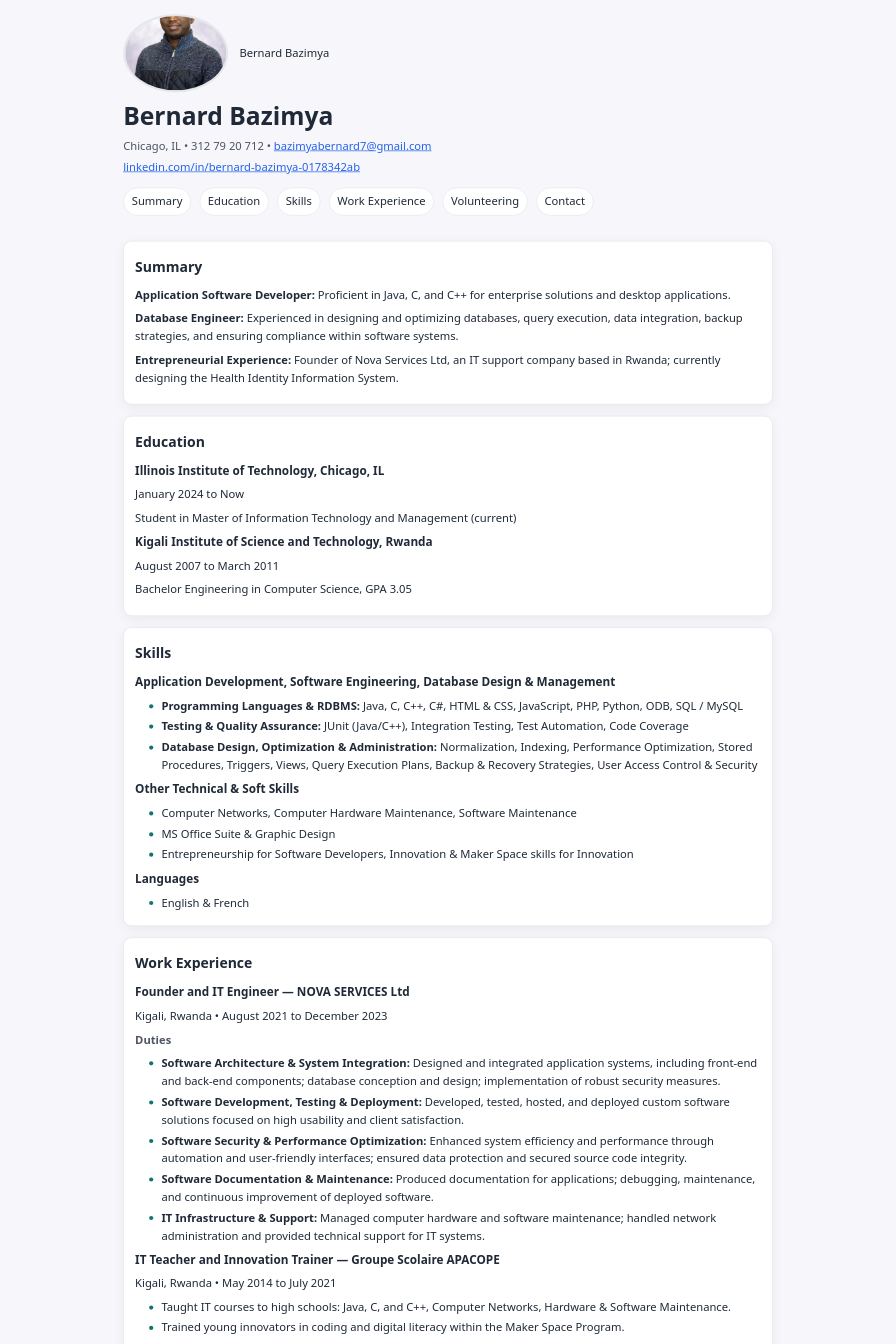
Repository: bbazimya/bernardbazimya-resume
Page: index.html
An editor plug-in stored every save of this project. The page is shown before and after the next save, followed by the edit.
The browser window is 1280 px wide. The pictures show the part of the page from y = 0 to 1920 px (the page is 2649 px tall before and 2737 px after), at 70% of full size.

Above is the page before, as saved 2025-09-11 01:45:44.

### index.html
<!DOCTYPE html>
<html lang="en">
<head>
  <meta charset="utf-8" />
  <meta name="viewport" content="width=device-width, initial-scale=1" />
  <title>Bernard Bazimya — Resume</title>
  <link rel="stylesheet" href="styles.css">
</head>
<body>
  <a href="#main">Go to main content</a>

  <header id="top">
    <figure>
      <img src="BERNARD_BAZIMYA.PNG" alt="My Profile picture" />
      <figcaption>Bernard Bazimya</figcaption>
    </figure>

    <h1>Bernard Bazimya</h1>
    <p>Chicago, IL • 312 79 20 712 • <a href="mailto:bazimyabernard7@gmail.com">bazimyabernard7@gmail.com</a></p>
    <p><a href="https://www.linkedin.com/in/bernard-bazimya-0178342ab/">linkedin.com/in/bernard-bazimya-0178342ab</a></p>

    <nav aria-label="Resume sections">
      <ul>
        <li><a href="#summary">Summary</a></li>
        <li><a href="#education">Education</a></li>
        <li><a href="#skills">Skills</a></li>
        <li><a href="#experience">Work Experience</a></li>
        <li><a href="#volunteering">Volunteering</a></li>
        <li><a href="#contact">Contact</a></li>
      </ul>
    </nav>
  </header>

  <main id="main">
    <section id="summary">
      <h2>Summary</h2>
      <p><strong>Application Software Developer:</strong> Proficient in Java, C, and C++ for enterprise solutions and desktop applications.</p>
      <p><strong>Database Engineer:</strong> Experienced in designing and optimizing databases, query execution, data integration, backup strategies, and ensuring compliance within software systems.</p>
      <p><strong>Entrepreneurial Experience:</strong> Founder of Nova Services Ltd, an IT support company based in Rwanda; currently designing the Health Identity Information System.</p>
    </section>

    <section id="education">
      <h2>Education</h2>

      <article>
        <h3>Illinois Institute of Technology, Chicago, IL</h3>
        <p>January 2024 to Now</p>
        <p>Student in Master of Information Technology and Management (current)</p>
      </article>

      <article>
        <h3>Kigali Institute of Science and Technology, Rwanda</h3>
        <p>August 2007  to March 2011</p>
        <p>Bachelor Engineering in Computer Science, GPA 3.05</p>
      </article>
    </section>

    <section id="skills">
      <h2>Skills</h2>

      <h3>Application Development, Software Engineering, Database Design &amp; Management</h3>
      <ul>
        <li><strong>Programming Languages &amp; RDBMS:</strong> Java, C, C++, C#, HTML &amp; CSS, JavaScript, PHP, Python, ODB, SQL / MySQL</li>
        <li><strong>Testing &amp; Quality Assurance:</strong> JUnit (Java/C++), Integration Testing, Test Automation, Code Coverage</li>
        <li><strong>Database Design, Optimization &amp; Administration:</strong> Normalization, Indexing, Performance Optimization, Stored Procedures, Triggers, Views, Query Execution Plans, Backup &amp; Recovery Strategies, User Access Control &amp; Security</li>
      </ul>

      <h3>Other Technical &amp; Soft Skills</h3>
      <ul>
        <li>Computer Networks, Computer Hardware Maintenance, Software Maintenance</li>
        <li>MS Office Suite &amp; Graphic Design</li>
        <li>Entrepreneurship for Software Developers, Innovation &amp; Maker Space skills for Innovation</li>
      </ul>

      <h3>Languages</h3>
      <ul>
        <li>English &amp; French</li>
      </ul>
    </section>

    <section id="experience">
      <h2>Work Experience</h2>

      <article>
        <h3>Founder and IT Engineer — NOVA SERVICES Ltd</h3>
        <p>Kigali, Rwanda • August 2021 to December 2023</p>
        <h4>Duties</h4>
        <ul>
          <li><strong>Software Architecture &amp; System Integration:</strong> Designed and integrated application systems, including front-end and back-end components; database conception and design; implementation of robust security measures.</li>
          <li><strong>Software Development, Testing &amp; Deployment:</strong> Developed, tested, hosted, and deployed custom software solutions focused on high usability and client satisfaction.</li>
          <li><strong>Software Security &amp; Performance Optimization:</strong> Enhanced system efficiency and performance through automation and user-friendly interfaces; ensured data protection and secured source code integrity.</li>
          <li><strong>Software Documentation &amp; Maintenance:</strong> Produced documentation for applications; debugging, maintenance, and continuous improvement of deployed software.</li>
          <li><strong>IT Infrastructure &amp; Support:</strong> Managed computer hardware and software maintenance; handled network administration and provided technical support for IT systems.</li>
        </ul>
      </article>

      <article>
        <h3>IT Teacher and Innovation Trainer — Groupe Scolaire APACOPE</h3>
        <p>Kigali, Rwanda • May 2014 to July 2021</p>
        <ul>
          <li>Taught IT courses to high schools: Java, C, and C++, Computer Networks, Hardware &amp; Software Maintenance.</li>
          <li>Trained young innovators in coding and digital literacy within the Maker Space Program.</li>
        </ul>
      </article>

      <article>
        <h3>International Experience — Rwandan-American Teacher Exchange Program</h3>
        <p>Annapolis, MD • 2017 to 2019</p>
        <ul>
          <li>Trained in integrating technology into modern teaching methodologies.</li>
          <li>Conducted IT workshops in Annapolis high schools, enhancing digital education strategies.</li>
        </ul>
      </article>
    </section>

    <section id="volunteering">
      <h2>Volunteering</h2>
      <ul>
        <li>Interschool innovative technology trainer for young innovators — 3 schools in Kigali (2018–2021)</li>
        <li>Innovation trainer for children ages 16 to 25 — trained students from 8 schools in Rwanda (2019–2021)</li>
        <li>Language interpreter, French to English — Illinois Tech Commencement ceremonies (2024)</li>
      </ul>
    </section>

    <aside id="contact" aria-label="Contact information">
      <h2>Contact</h2>
      <ul>
        <li>Chicago, IL</li>
        <li>Phone: 312 79 20 712</li>
        <li>Email: <a href="mailto:bazimyabernard7@gmail.com">bazimyabernard7@gmail.com</a></li>
        <li>LinkedIn: <a href="https://www.linkedin.com/in/bernard-bazimya-0178342ab/">bernard-bazimya-0178342ab</a></li>
      </ul>
    </aside>
  </main>

  <footer>
    <p>&copy; 2025 Bernard Bazimya</p>
    <p><a href="#top">Back to top</a></p>
  </footer>
</body>
</html>

### styles.css
/* Theme colors and basic variablesinitialization*/
:root{
  --bg:#f7f7fb;
  --card:#ffffff;
  --ink:#1f2937;
  --muted:#4b5563;
  --accent:#0f766e;
  --link:#2563eb;
  --border:#e5e7eb;
  --shadow:0 4px 16px rgba(0,0,0,.06);
}
*{box-sizing:border-box}

html,body
{height:100%}

body{
  margin:0;
  font:16px/1.6 system-ui,-apple-system,Segoe UI,Roboto,Ubuntu,Cantarell,Inter,"Helvetica Neue",Arial,sans-serif;
  color:var(--ink);
  background:var(--bg);
}

/* basic Layout for header, main and footer */
header, main, footer{
  max-width:960px;
  margin:auto;
  padding:0 1rem;
}
header{padding-top:1.25rem}
main{padding:1rem 1rem 2rem}
section, aside{background:var(--card); border:1px solid var(--border); border-radius:12px; padding:1rem; margin:1rem 0; box-shadow:var(--shadow)}

@media (min-width:900px){
  /* two-column feel on wide screens */
  .grid{
    display:grid;
    grid-template-columns: 2fr 1fr;
    gap:1rem;
  }
}

/* ---------- Header ---------- */
header figure{
  margin:0;
  display:flex;
  align-items:center;
  gap:1rem;
}
header img{
  width:150px;
  height:112px;
  object-fit:cover;
  border-radius:50%;
  border:3px solid var(--border);
  background:#fff;
}
header h1{margin:.25rem 0 0; font-size:clamp(1.6rem,3vw,2.2rem)}
header p{margin:.25rem 0; color:var(--muted)}

/* ---------- Nav ---------- */
nav ul{
  list-style:none;
  padding:0; margin:.75rem 0 0;
  display:flex; flex-wrap:wrap; gap:.5rem .75rem;
}
nav a{
  display:inline-block;
  padding:.4rem .7rem;
  border:1px solid var(--border);
  background:var(--card);
  border-radius:999px;
  text-decoration:none;
  color:var(--ink);
}
nav a:hover{border-color:var(--accent); color:var(--accent)}

/* ---------- Typography ---------- */
h2{margin:.25rem 0 0.75rem; font-size:1.25rem}
h3{margin:.5rem 0 .25rem; font-size:1.05rem}
h4{margin:.5rem 0 .25rem; font-size:1rem; color:var(--muted)}
p{margin:.5rem 0}
ul{margin:.5rem 0 .25rem 1.25rem}
li{margin:.25rem 0}

/* ---------- Links ---------- */
a{color:var(--link)}
a:hover{opacity:.9}

/* ---------- Skip link ---------- */
a[href="#main"]{
  position:absolute; left:-9999px; top:auto; width:1px; height:1px; overflow:hidden;
}
a[href="#main"]:focus{
  position:fixed; left:1rem; top:1rem; width:auto; height:auto;
  padding:.5rem .75rem; background:#fff; border:1px solid var(--border); border-radius:8px;
  box-shadow:var(--shadow);
}

/* ---------- Footer ---------- */
footer{padding:1.25rem 1rem 2.5rem; color:var(--muted); text-align:center}
footer a{color:inherit; text-decoration:underline}

/* ---------- Lists inside cards ---------- */
section ul, aside ul{padding-left:1.1rem}
section li::marker{color:var(--accent)}

/* ---------- Print-friendly ---------- */
@media print{
  :root{--bg:#fff; --card:#fff; --border:#ddd}
  body{font-size:12px}
  nav, a[href="#main"], footer{display:none}
  header, main{max-width:100%; padding:0}
  section, aside{box-shadow:none; border-color:#ccc}
  header img{border:none}
}

After the next save:
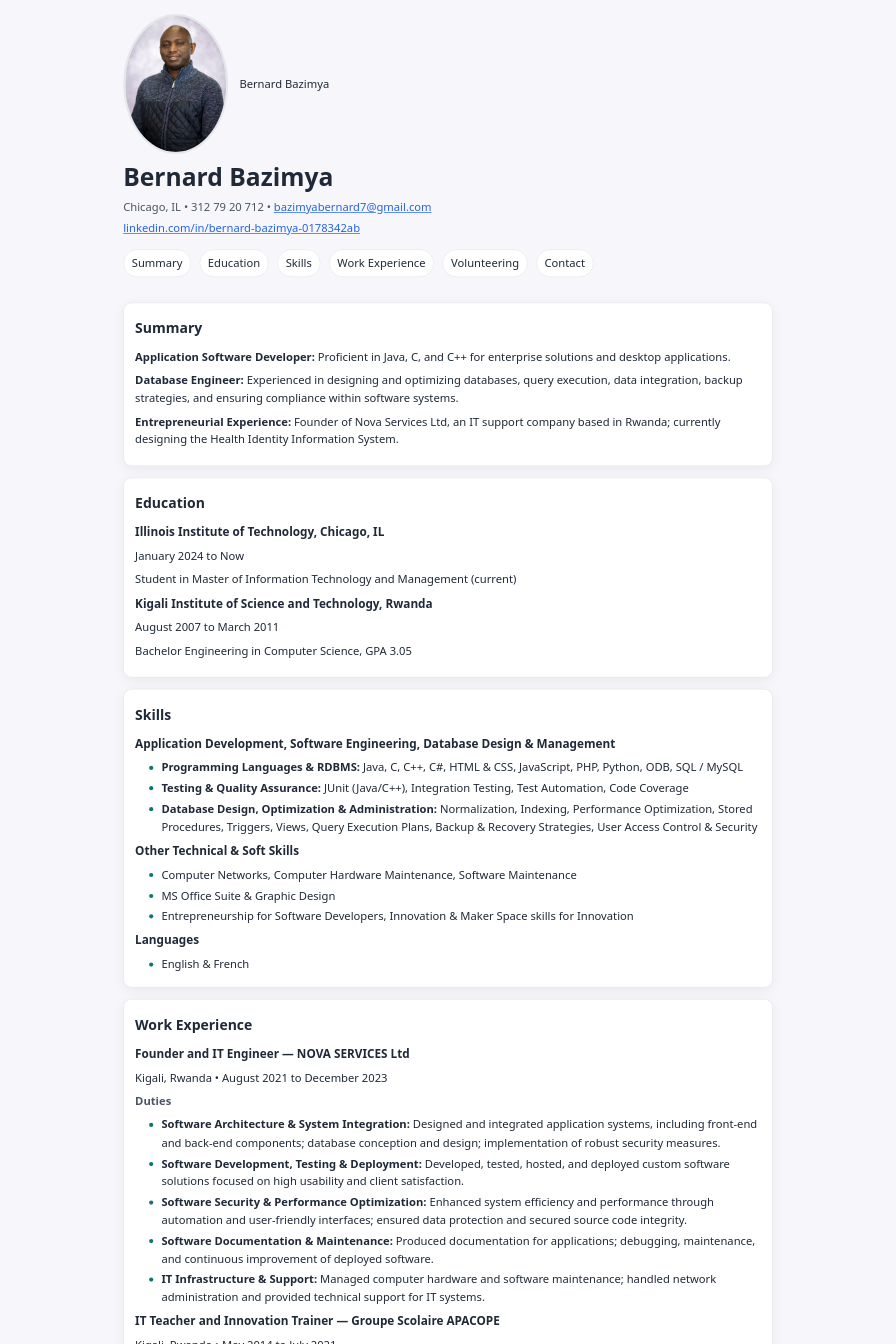
Saved 9 s later.
--- a/styles.css
+++ b/styles.css
@@ -49,7 +49,7 @@ header figure{
 }
 header img{
   width:150px;
-  height:112px;
+  height:200px;
   object-fit:cover;
   border-radius:50%;
   border:3px solid var(--border);
